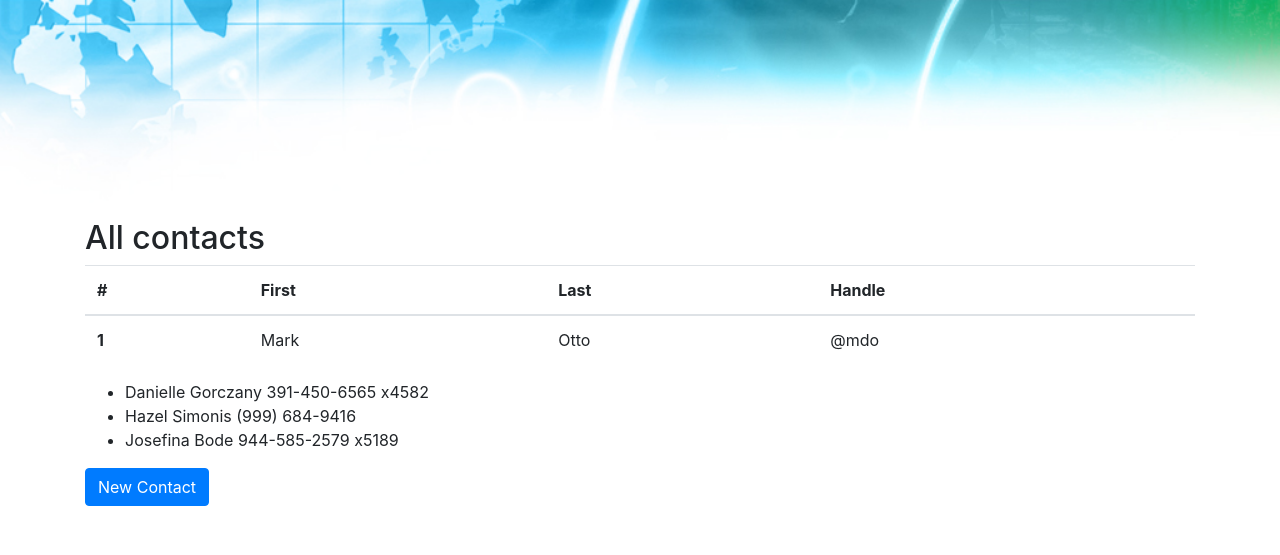
Repository: fishercom/react-phonebook
Page: /
These files come from the project's save history. The page is drawn as it stood at one moment and after the next save; the edit follows.
The browser window is 1280 px wide. The pictures show the whole page.
The project was rebuilt for these pictures with package versions that can differ from the ones it lists, and the page was loaded fresh each time. Also part of the build but not shown: src/App.css, src/components/Form.js.

Above is the page before, as saved 2021-01-31 00:21:30.

After the next save:
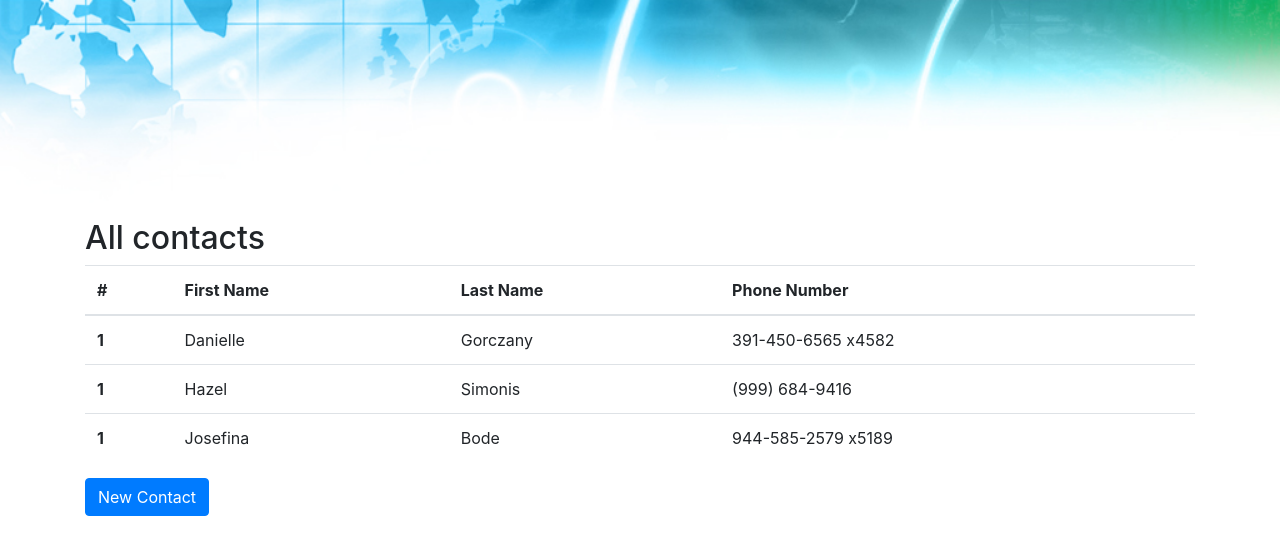
Saved 3 min 39 s later.
--- a/src/components/List.js
+++ b/src/components/List.js
@@ -8,29 +8,25 @@ class List extends React.Component {
         return (
             <section>
                 <h2>All contacts</h2>
-
                 <table class="table">
-  <thead>
-    <tr>
-      <th scope="col">#</th>
-      <th scope="col">First</th>
-      <th scope="col">Last</th>
-      <th scope="col">Handle</th>
-    </tr>
-  </thead>
-  <tbody>
-    <tr>
-      <th scope="row">1</th>
-      <td>Mark</td>
-      <td>Otto</td>
-      <td>@mdo</td>
-    </tr>
-    </tbody>
-    </table>
-
-                <ul className="contactList">
-                    {this.state.contacts.map((contact) => <li key={contact.id}>{contact.firstName} {contact.lastName} {contact.phoneNumber}</li>)}
-                </ul>
+                    <thead>
+                        <tr>
+                            <th scope="col">#</th>
+                            <th scope="col">First Name</th>
+                            <th scope="col">Last Name</th>
+                            <th scope="col">Phone Number</th>
+                        </tr>
+                    </thead>
+                    <tbody>
+                        {this.state.contacts.map((contact) =>
+                            <tr key={contact.id}>
+                                <th scope="row">1</th>
+                                <td>{contact.firstName}</td>
+                                <td>{contact.lastName}</td>
+                                <td>{contact.phoneNumber}</td>
+                            </tr>)}
+                    </tbody>
+                </table>
                 <button className="btn btn-primary" onClick={() => this.props.switch('Form')}>New Contact</button>
             </section>
         );
